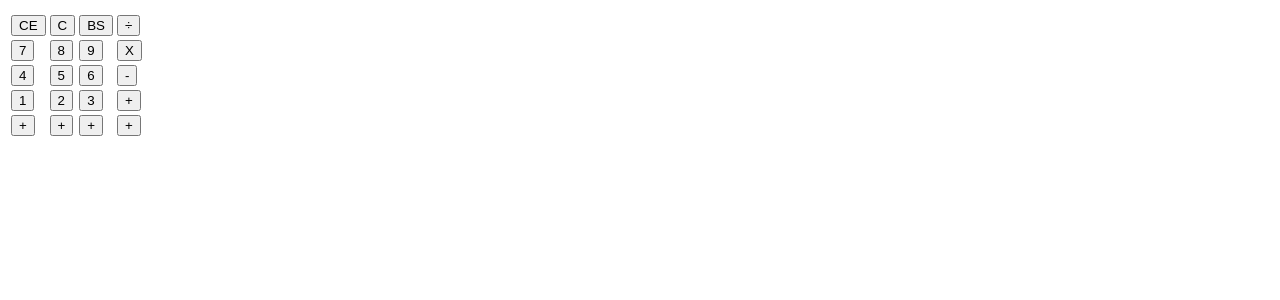
Repository: kwondam/servlet
Page: workspace/JSPPrj/WebContent/calc3.html
An editor plug-in stored every save of this project. The page is shown before and after the next save, followed by the edit.
The browser window is 1280 px wide. The pictures show the whole page.

Above is the page before, as saved 2020-03-26 13:17:11.

After the next save:
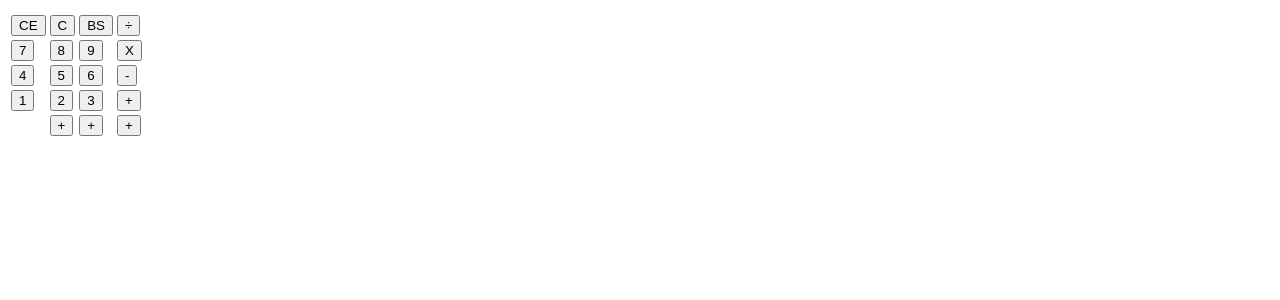
Saved 17 s later.
--- a/workspace/JSPPrj/WebContent/calc3.html
+++ b/workspace/JSPPrj/WebContent/calc3.html
@@ -35,7 +35,7 @@
 				<td><input type="submit" name="operator" value="+"/></td>
 			</tr>
 			<tr>
-				<td><input type="submit" name="operator" value="+"/></td>
+				<td></td>
 				<td><input type="submit" name="operator" value="+"/></td>
 				<td><input type="submit" name="operator" value="+"/></td>
 				<td><input type="submit" name="operator" value="+"/></td>
